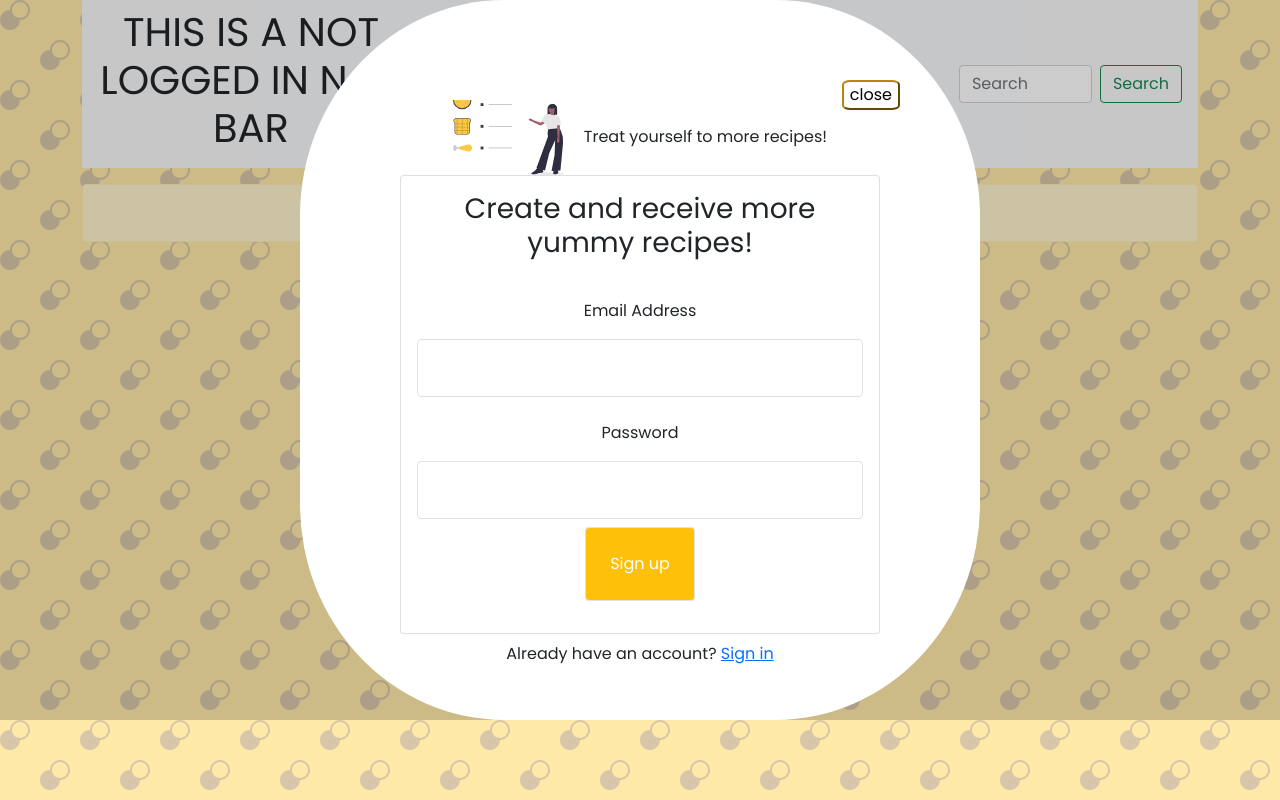
Repository: mottad14/yumBuns
Page: /create (app in client/)
These files come from the project's save history. The page is drawn as it stood at one moment and after the next save; the edit follows.
The browser window is 1280 px wide. The pictures show the whole page.
The page's requests for data from a server got no answer. Some web fonts or font styles are not loaded; a fallback is used. The project was rebuilt for these pictures with package versions that can differ from the ones it lists, and the page was loaded fresh each time. No one was signed in, and anything a server would have sent is missing. Also part of the build but not shown: client/src/components/RecipePreview.js, client/src/views/Login.js, client/src/views/NewAccount.js, client/src/views/Recipe.js, client/src/components/Account.jsx.

Above is the page before, as saved 2022-08-02 14:48:45.

After the next save:
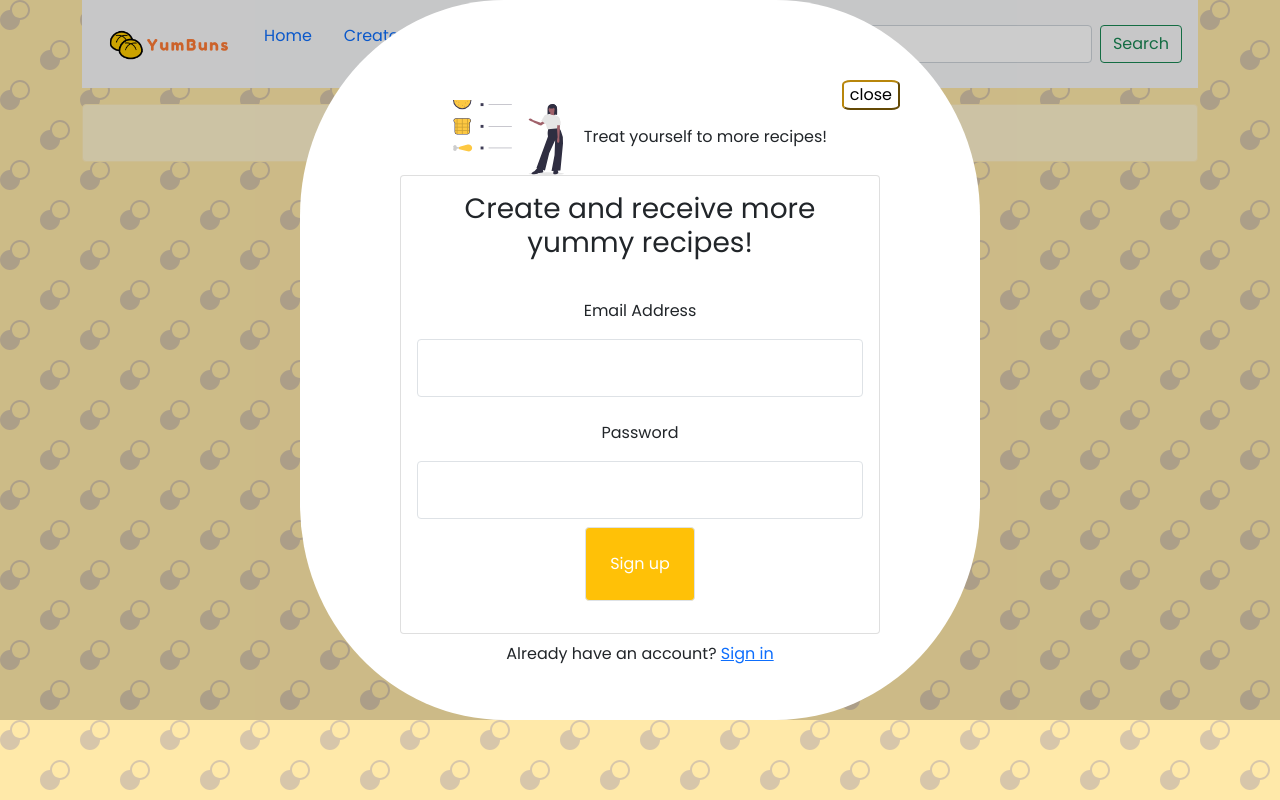
Saved 8 min 30 s later.
--- a/client/src/components/NavBar.js
+++ b/client/src/components/NavBar.js
@@ -33,7 +33,6 @@ const NavBar = (props) => {
     :
 
     <nav className="navbar navbar-expand-sm bg-light mb-3">
-        <h1> THIS IS A NOT LOGGED IN NAV BAR </h1>
                 <Link className="navbar-brand mx-3" to="/">  <img className="Logo" src={YumBuns} alt="Logo" /> </Link>
 
                 <ul className="navbar-nav me-auto mb-2 mb-lg-0">
